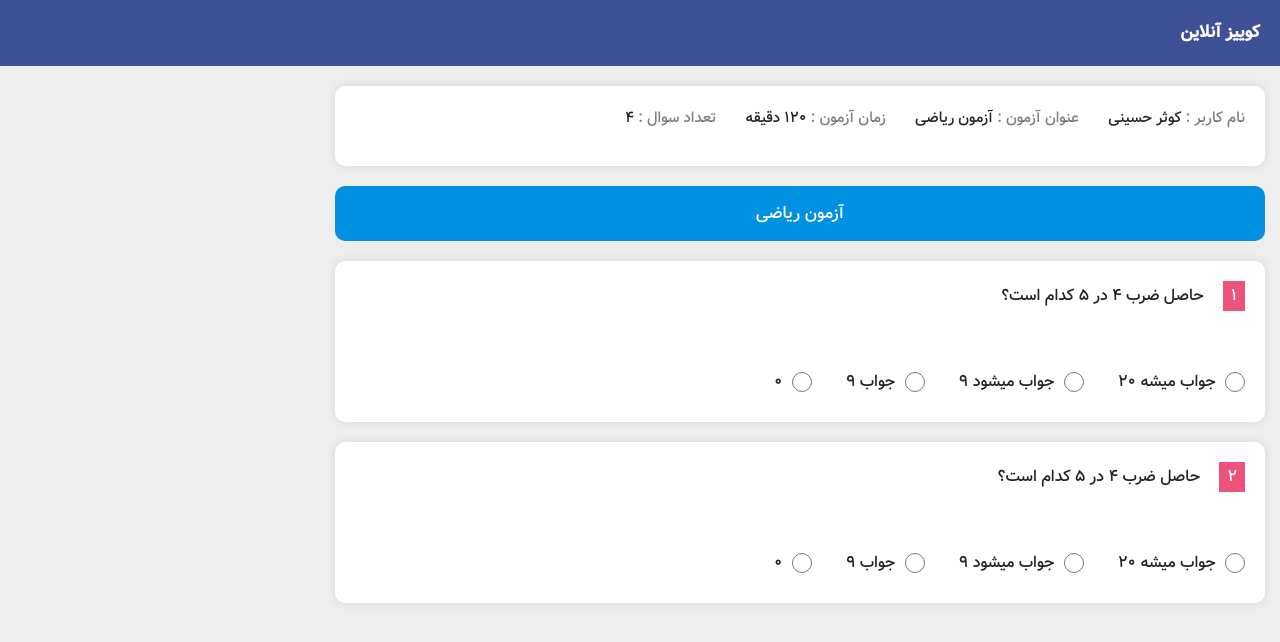
Repository: kosar78/quiz-online
Page: quiz.html
The author's editor kept a copy of each file at every save. The page is drawn from the files as they stood at one save, then again after the next save.
The browser window is 1280 px wide. The pictures show the whole page.
Some web libraries are served in a nearby version.

Above is the page before, as saved 2022-01-09 21:57:48.

After the next save:
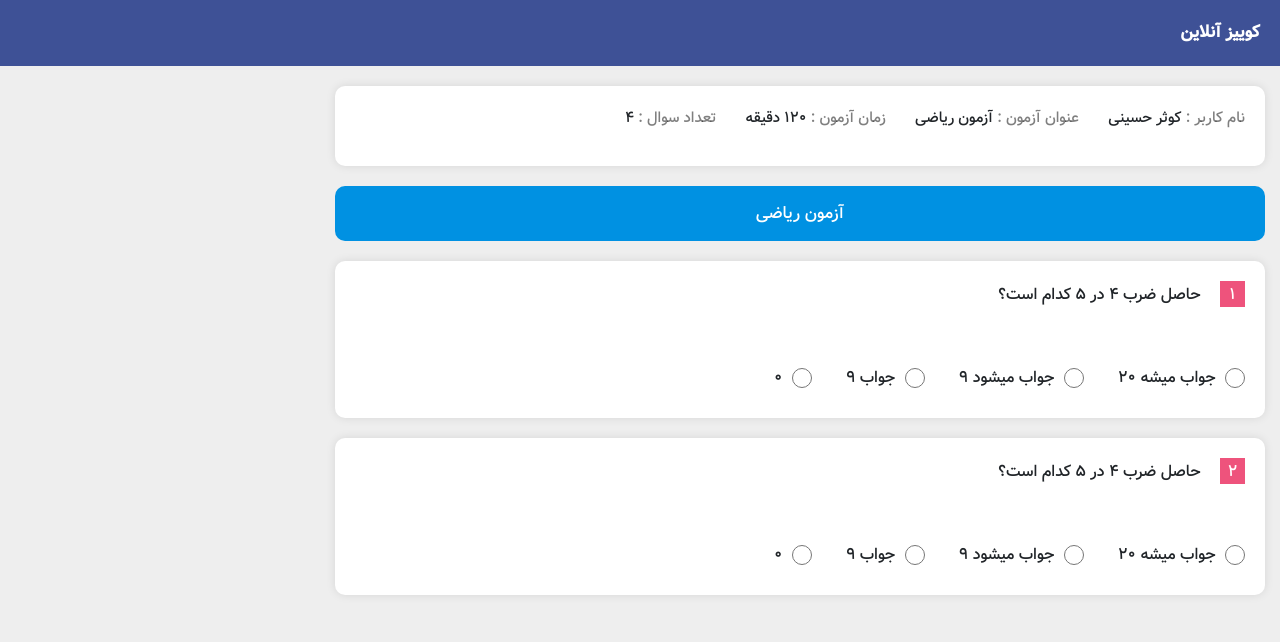
Saved 68 s later.
--- a/css/quiz.css
+++ b/css/quiz.css
@@ -79,9 +79,13 @@ ul li{
 }
 .question-number{
     background-color: #EE537C;
-    padding: 3px 8px;
+    /* padding: 3px 8px; */
+    width: 25px;
     margin-left: 15px;
     color: #fff;
+    padding-top: 2px;
+    text-align: center;
+
 }
 .q-options{
     margin-top: 15px;
